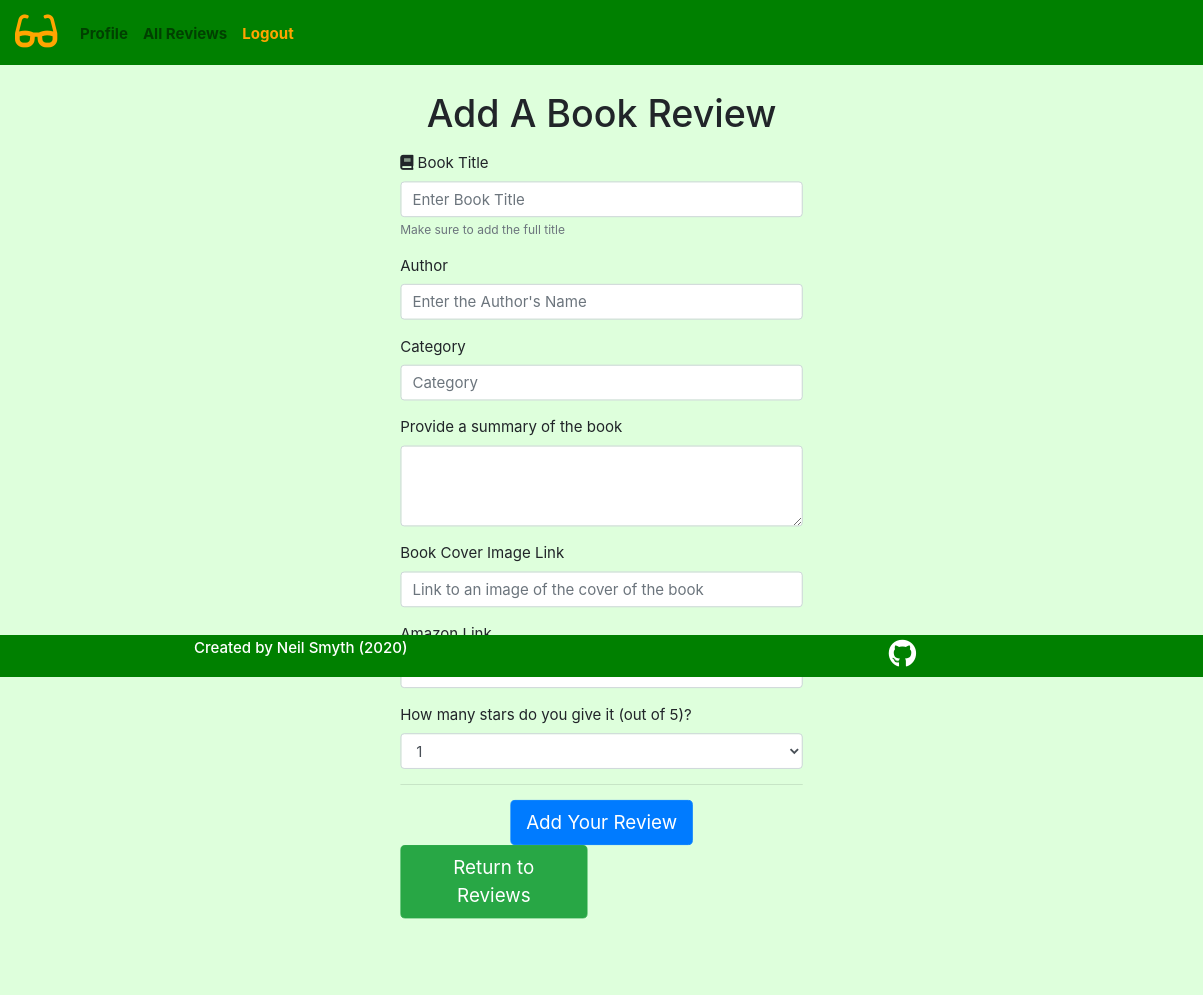
Repository: NeiloErnesto89/Data_Centric_Dev_Milestone_Project3
Page: templates/add_review.html
The author's editor kept a record of every edit. The page is drawn from the files as they stood at one moment, then again after the next edit.
The browser window is 1280 px wide. The pictures show the whole page, at 94% of full size.
Some web libraries are served in a nearby version. The template is drawn by Flask 3. The application's start-up code is not run. Other server files are loaded and not shown. The template is opened directly, without the code that normally fills it, so the values that code supplies are empty.

Above is the page before.

### templates/add_review.html
{% extends 'base.html' %}

    <!--NavBar with Burger Icon-->
        {% block navbar %}
        <header class="nav-container">
            <nav class="navbar navbar-expand-lg navbar-light mb-1 text-center fixed-top">
                <a class="navbar-brand" data-target="#modalPopUp" data-toggle="modal"><i class="fas fa-glasses" style="font-size:40px;color:orange;"></i></a>
                <button class="navbar-toggler" type="button" data-toggle="collapse" data-target="#navbarTogglerDemo02" aria-controls="navbarTogglerDemo02" aria-expanded="false" aria-label="Toggle navigation">
                                <span class="navbar-toggler-icon"></span>
                              </button>
                <div class="collapse navbar-collapse" id="navbarTogglerDemo02">
                    <ul class="navbar-nav mr-auto mt-0 mt-lg-0">

                        {% if user.username == None %}
                        <li class="nav-item">
                            <a class="nav-link" href="{{ url_for('index') }}"><b>Home</b></a>
                        </li>
                        <li class="nav-item">
                            <a class="nav-link" href="{{ url_for('signup') }}"><b>Sign Up</b></a>
                        </li>
                        <li class="nav-item">
                            <a class="nav-link" href="{{ url_for('login') }}"><b>Login</b></a>
                        </li>

                        {% else %}

                        <li class="nav-item">
                            <a class="nav-link" href="{{ url_for('bio') }}"><b>Profile</b></a>
                        </li>
                        <li class="nav-item">
                            <a class="nav-link" href="{{ url_for('all_reviews') }}"><b>All Reviews</b></a>
                        </li>
                        <div>
                        <li class="nav-item">
                            <a class="nav-link" style="color:orange;" href="{{ url_for('logout') }}"><b>Logout</b></a>
                        </li>
                        </div>
                        {% endif %}


                    </ul>
                </div>
            </nav>
        </header>
        {% endblock navbar %}


{% block content %}
    <div class="container-fluid">
        <div class="row justify-content-center">

            <div class="col-md-12 text-center">
                <h1 class="add_header mt-3 mb-3">Add A Book Review</h1>
            </div>

            <form action="/add_review" method="POST">

                <div class="form-group">
                    <i class="fas fa-book"></i>
                    <label for="inputBookTitle">Book Title</label>
                    <input id="book_title" name="book_title" type="text" class="form-control" aria-describedby="bookTitle" placeholder="Enter Book Title">
                    <small id="emailHelp" class="form-text text-muted">Make sure to add the full title </small>
                </div>

                <div class="form-group">
                    <label for="inputAuthor">Author</label>
                    <input id="book_author" name="book_author" type="text" class="form-control" aria-describedby="bookTitle" placeholder="Enter the Author's Name">
                </div>

                <div class="form-group">
                    <label for="InputCategory">Category</label>
                    <input id="category_name" name="category_name" type="text" class="form-control" placeholder="Category">
                </div>

                <div class="form-group">
                    <label for="Textarea">Provide a summary of the book</label>
                    <textarea id="summary" name="summary" class="form-control" rows="3"></textarea>
                </div>

                <div class="form-group">
                    <label for="pic">Book Cover Image Link</label>
                    <input id="pic" name="pic" type="text" class="form-control" placeholder="Link to an image of the cover of the book">
                </div>

                <div class="form-group">
                    <label for="amazon">Amazon Link</label>
                    <input id="amazon" name="amazon" type="text" class="form-control" placeholder="Link to book on amazon">
                </div>

                <div class="form-group">
                    <label for="exampleFormControlSelect2">How many stars do you give it (out of 5)?</label>
                    <select class="form-control" id="stars" name="stars">
                      <option>1</option>
                      <option>2</option>
                      <option>3</option>
                      <option>4</option>
                      <option>5</option>
                    </select>
                </div>

                <hr>
                <div class="row">
                    <div class="col-sm-12">
                        <div class="text-center">
                            <button type="submit" class="btn btn-primary btn-lg">Add Your Review</button>
                        </div>
                    </div>
                    <div class="col-sm-6">
                        <div class="text-center">
                            <a class="btn btn-success btn-lg" href="{{ url_for('all_reviews') }}" role="button">Return to Reviews </a>
                        </div>
                    </div>
                </div>


            </form>

        </div>
    </div>
    {% endblock %}

### templates/base.html
<!DOCTYPE html>
<html lang="en">

<head>
    <meta charset="UTF-8">
    <meta name="viewport" content="width=device-width, initial-scale=1.0">
    <meta http-equiv="X-UA-Compatible" content="ie=edge">

    <title>Book Reviews</title>

    <!-- Bootstrap -->
    <link rel="stylesheet" href="https://stackpath.bootstrapcdn.com/bootstrap/4.3.1/css/bootstrap.min.css" integrity="sha384-ggOyR0iXCbMQv3Xipma34MD+dH/1fQ784/j6cY/iJTQUOhcWr7x9JvoRxT2MZw1T" crossorigin="anonymous">

    <!-- Google Font-->

    <link href="https://fonts.googleapis.com/css?family=Montserrat:400,700" rel="stylesheet">

    <!-- Font Awesome-->

    <link rel="stylesheet" href="https://use.fontawesome.com/releases/v5.7.2/css/all.css" integrity="sha384-fnmOCqbTlWIlj8LyTjo7mOUStjsKC4pOpQbqyi7RrhN7udi9RwhKkMHpvLbHG9Sr" crossorigin="anonymous">

    <link rel="stylesheet" href="https://cdnjs.cloudflare.com/ajax/libs/font-awesome/4.7.0/css/font-awesome.min.css">

    <!-- CSS -->

    <link rel="stylesheet" href="{{url_for('static', filename='css/style.css')}}" type="text/css" />


</head>

<body>

<div class="cover-container d-flex mx-auto flex-column">

            <!--NavBar with Burger Icon-->
        {% block navbar %}
        <header class="nav-container">
            <nav class="navbar navbar-expand-lg navbar-light mb-1 text-center fixed-top">
                <a class="navbar-brand" href="{{ url_for('index') }}" data-target="#modalPopUp" data-toggle="modal"><i class="fas fa-glasses" style="font-size:40px;color:orange;"></i></a>
                <button class="navbar-toggler" type="button" data-toggle="collapse" data-target="#navbarTogglerDemo02" aria-controls="navbarTogglerDemo02" aria-expanded="false" aria-label="Toggle navigation">
                                <span class="navbar-toggler-icon"></span>
                              </button>
                <div class="collapse navbar-collapse" id="navbarTogglerDemo02">
                    <ul class="navbar-nav mr-auto mt-0 mt-lg-0">


                        <li class="nav-item">
                            <a class="nav-link" href="{{ url_for('index') }}"><b>Home</b></a>
                        </li>
                        <li class="nav-item">
                            <a class="nav-link" href="{{ url_for('signup') }}"><b>Sign Up</b></a>
                        </li>
                        <li class="nav-item">
                            <a class="nav-link" href="{{ url_for('login') }}"><b>Login</b></a>
                        </li>

                    </ul>
                </div>
            </nav>
        </header>
        {% endblock navbar %}

        <div class="container-fluid">
				<div class="row justify-content-around">
					<div id="messages">
						{% with messages = get_flashed_messages() %}
						{% if messages %}
						{% for message in messages %}
						<p class="text-center">{{ message }}</p>
						{% endfor %}
						{% endif %}
						{% endwith %}
					</div>
				</div>
			</div>

        <hr>

    <div class="container mt-5 mb-5">
            {% block content %}
            {% endblock %}
    </div>

    <hr>

        <!--FOOTER -->

        <div class="footer container-fluid">
            <div class="row justify-content-center">
                <div class="text-center col-xs-12 col-sm-6 mt-1 mb-2">

                    <h6>Created by Neil Smyth (2020)</h6>

                </div>
                <div class="text-center col-xs-12 col-sm-6 mt-1 mb-2">

                    <a href="https://github.com/NeiloErnesto89" target="_blank "><i class="fab fa-github" style="font-size:30px; color:white; "></i></a>

                </div>
            </div>
        </div> <!-- footer container-->

</div>    <!--Cover Container -->

    <!-- JQuery -->
    <script src="https://cdnjs.cloudflare.com/ajax/libs/jquery/3.2.1/jquery.min.js"></script>

    <!-- Bootstrap JS-->

    <script src="https://code.jquery.com/jquery-3.3.1.slim.min.js" integrity="sha384-q8i/X+965DzO0rT7abK41JStQIAqVgRVzpbzo5smXKp4YfRvH+8abtTE1Pi6jizo" crossorigin="anonymous"></script>
    <script src="https://cdnjs.cloudflare.com/ajax/libs/popper.js/1.14.7/umd/popper.min.js" integrity="sha384-UO2eT0CpHqdSJQ6hJty5KVphtPhzWj9WO1clHTMGa3JDZwrnQq4sF86dIHNDz0W1" crossorigin="anonymous"></script>
    <script src="https://stackpath.bootstrapcdn.com/bootstrap/4.3.1/js/bootstrap.min.js" integrity="sha384-JjSmVgyd0p3pXB1rRibZUAYoIIy6OrQ6VrjIEaFf/nJGzIxFDsf4x0xIM+B07jRM" crossorigin="anonymous"></script>

    <!-- JS File -->

    <script src="{{url_for('static', filename='js/script.js')}}"></script>


    <!--  <script type="text/javascript">
        $(document).ready(function() {
            $('.collapsible').collapsible();
        });
    </script>  -->
</body>

</html>

### static/css/style.css
body {
  background-color: #DEFFDC;
  display: flex;
  /* margin: 0; */
}

.cover-container1 {

  background: url("../images/libs.jpg") no-repeat center center fixed;


}

/*.cover-container {
  min-height: 100vh;
  padding-top: 70px;
  background-size: cover;
  align-items: center;
  justify-content: center;
  position: relative;
  overflow-x: hidden;
*/

/*.nav-container {
    position: fixed;
    width: 100%;
    z-index: 1;
    top: 0;
    left: 0;
    padding-left: 0;
    padding-right: 0;
    margin-left: 0;
    margin-right: 0;
  } */

.navbar {
  background-color: green;
}

.jumbotron {
  background-color: #ffa31a;
  margin-right: 3rem;
  margin-left: 3rem;
}

/* Paginate Button on All Reviews.html (taken from w3 schools*/

.paginate {
  display: inline-block;
}

.paginate a {
  color: black;
  float: left;
  padding: 8px 16px;
  text-decoration: none;
  margin: 15px;
}

.paginate a.active {
  background-color: #4CAF50;
  color: white;
  border-radius: 5px;
}

.paginate a:hover:not(.active) {
  background-color: #ddd;
  border-radius: 5px;
}

/* all_reviews.html - book review cards*/

.card {
  margin: 5px;
  box-shadow: 0 4px 8px 0 rgba(0, 0, 0, 0.2)
  /*border: 8px solid rgb(5, 187, 5);
  border-radius: 3rem; */
}

/* Card Image */

.book_image {
  background-color: white;
  box-shadow: 0 4px 8px 0 rgba(0, 0, 0, 0.2), 0 6px 20px 0 rgba(0, 0, 0, 0.19);
}

/*
  .card-img-top {
    width: 100%;
    height: 15vw;
    object-fit: cover;
}
  */

/* MODAL */

.modal {
  color: black;
  background-color: rgb(204, 255, 204, 0.8);
}

.modal-header {

  background-color: rgb(204, 255, 204);
  opacity: 0.8;

}

.modal-title {
  font-size: 34px;
  font-weight: bold;
  text-align: center;
  /*margin-left: 45px; */
  padding: 5px;
  /*text-decoration: underline;*/
}


.modal-body {
  font-size: 15px;
  font-weight: bold;
  color: white;
  background-color: rgb(0, 153, 51);
  opacity: 0.8;
  text-align: center;
}

.modal-footer {
  background-color: rgb(204, 255, 204);
  opacity: 0.8;
}

.modal-header .close {
  margin: -10px;
}

/*

#logout_button {
  color: #3d7a59;
  font-weight: 700;
  font-size: 17px;
  margin: 5px;
  padding: 5px;
  position: fixed;
  bottom: 7px;
  right: 2px;
  z-index: 1;
  opacity: 0.9;
} */

.footer {
  position: fixed;
  left: 0;
  bottom: 0;
  width: 100%;
  background-color: green;
  color: white;
  text-align: center;
}

### static/js/script.js
/*$(document).ready(function() {

    $('#popUpModal').modal('show');
}); */

$(function () {
  $('[data-toggle="tooltip"]').tooltip()
})

After the next edit:
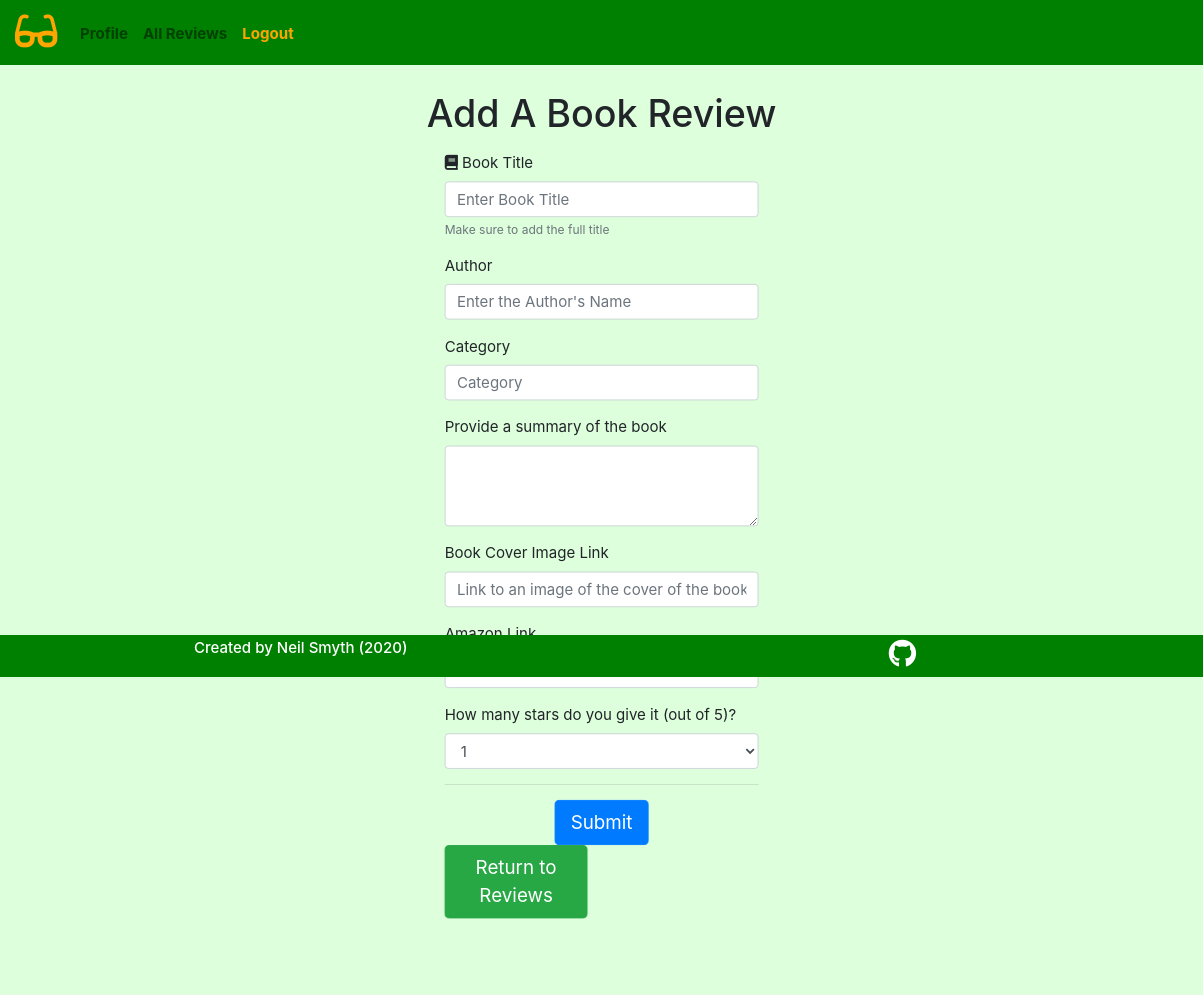
The edit:
--- a/templates/add_review.html
+++ b/templates/add_review.html
@@ -102,7 +102,7 @@
                 <div class="row">
                     <div class="col-sm-12">
                         <div class="text-center">
-                            <button type="submit" class="btn btn-primary btn-lg">Add Your Review</button>
+                            <button type="submit" class="btn btn-primary btn-lg">Submit</button>
                         </div>
                     </div>
                     <div class="col-sm-6">
